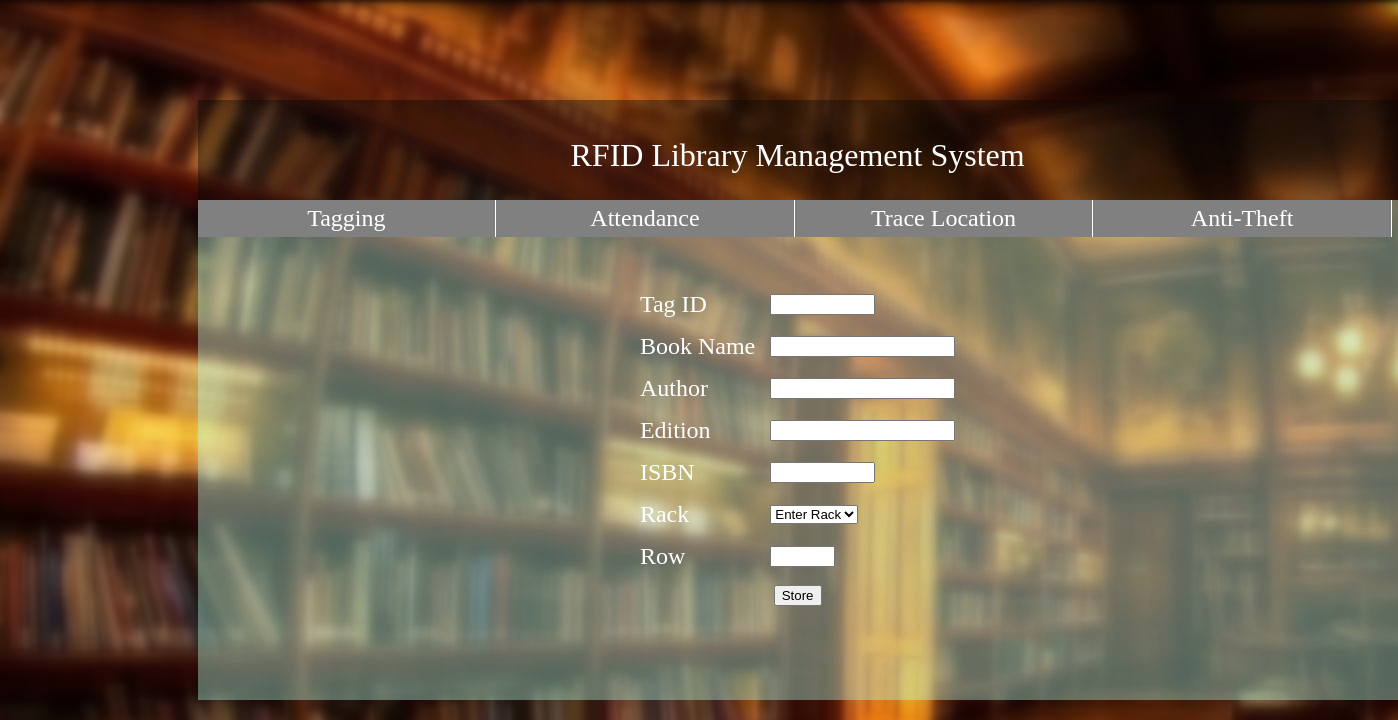
Repository: vigineshs/A-Smart-Data-Analyzer-for-Library-Management-System
Page: http://localhost/librarymgmt/tag.jsp
The author's editor kept a copy of each file at every save. The page is drawn from the files as they stood at one save, then again after the next save.
The browser window is 1280 px wide. The page is 1398 px wide, so the pictures cover 1398 px, including what lies to the right of the window. The pictures show the whole page.
The page is served by Tomcat 9.

Above is the page before, as saved 2013-02-11 15:59:52.

After the next save:
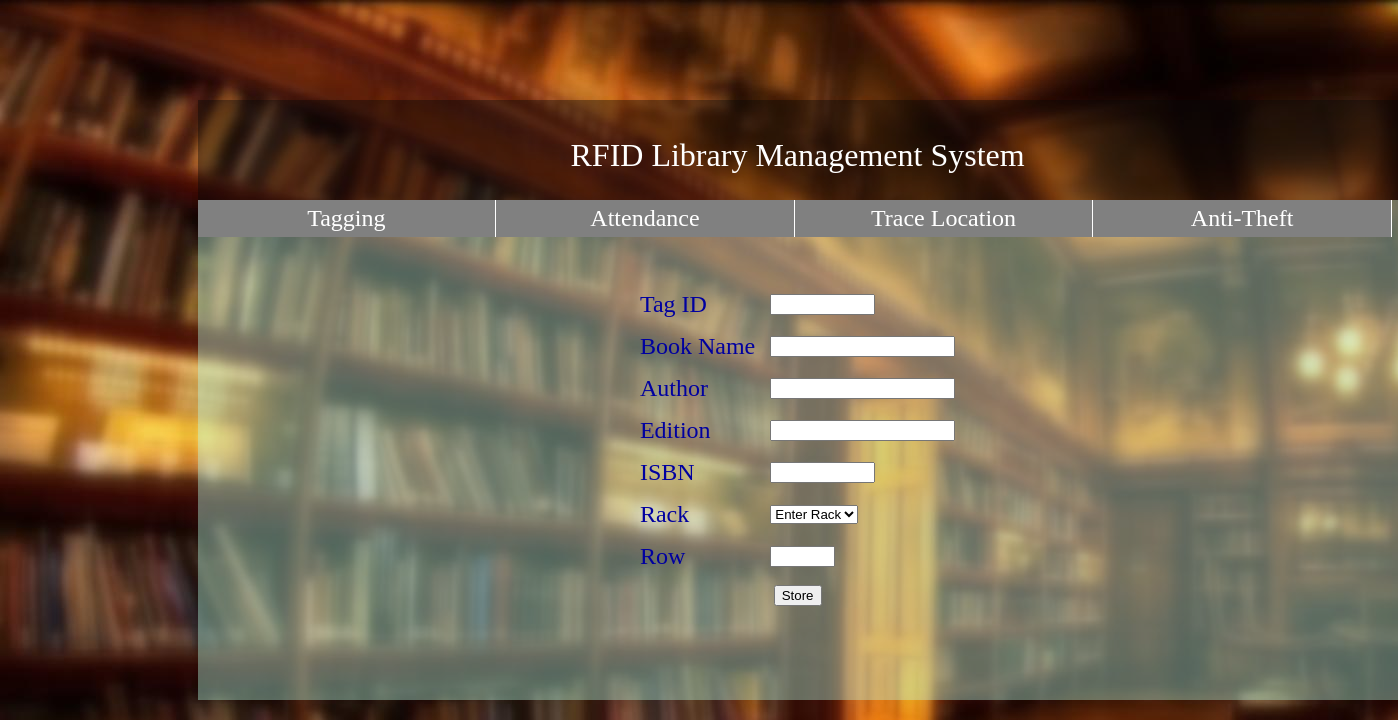
Saved 55 s later.
--- a/PassiveRFID/CS203-Version 1.0.6/Demo Applications/Dot Net C#/Demo Applications Source Code/RFID/librarymgmt/WebContent/page.css
+++ b/PassiveRFID/CS203-Version 1.0.6/Demo Applications/Dot Net C#/Demo Applications Source Code/RFID/librarymgmt/WebContent/page.css
@@ -57,7 +57,7 @@ width:70%;
 body
 {
 background-image:url('images/lib.jpg');
-color:white;
+color:#0000A0;
 }
 
 #header
